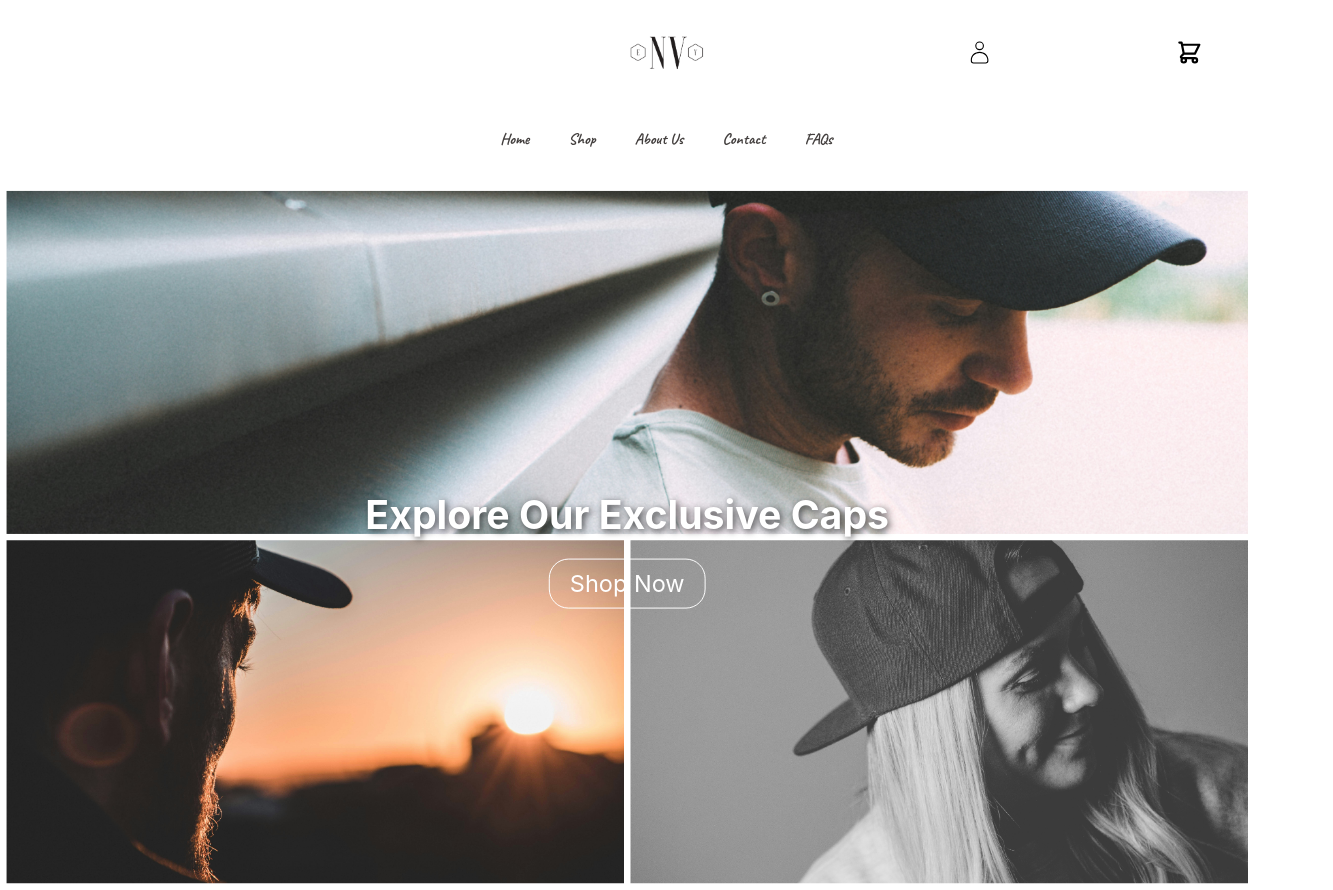
Repository: lasity34/new-envy
Page: / (app in my-new-envy/)
An editor plug-in stored every save of this project. The page is shown before and after the next save, followed by the edit.
The browser window is 1280 px wide. The page is 1360 px wide, so the pictures cover 1360 px, including what lies to the right of the window. The pictures show the whole page, at 98% of full size.
The project was rebuilt for these pictures with package versions that can differ from the ones it lists, and the page was loaded fresh each time.

Above is the page before, as saved 2024-04-22 11:19:00.

### my-new-envy/public/index.html
<!DOCTYPE html>
<html lang="en">
  <head>
    <meta charset="utf-8" />
    <link rel="icon" href="%PUBLIC_URL%/logo.png" />
    <meta name="viewport" content="width=device-width, initial-scale=1" />
    <meta name="theme-color" content="#000000" />
    <meta
      name="description"
      content="Web site created using create-react-app"
    />
    <link rel="apple-touch-icon" href="%PUBLIC_URL%/logo.png" />
    <!--
      manifest.json provides metadata used when your web app is installed on a
      user's mobile device or desktop. See https://developers.google.com/web/fundamentals/web-app-manifest/
    -->
    <link rel="manifest" href="%PUBLIC_URL%/manifest.json" />
    <!--
      Notice the use of %PUBLIC_URL% in the tags above.
      It will be replaced with the URL of the `public` folder during the build.
      Only files inside the `public` folder can be referenced from the HTML.

      Unlike "/favicon.ico" or "favicon.ico", "%PUBLIC_URL%/favicon.ico" will
      work correctly both with client-side routing and a non-root public URL.
      Learn how to configure a non-root public URL by running `npm run build`.
    -->
    <link rel="preconnect" href="https://fonts.googleapis.com">
<link rel="preconnect" href="https://fonts.gstatic.com" crossorigin>
<link href="https://fonts.googleapis.com/css2?family=Crimson+Text:ital,wght@0,400;0,600;0,700;1,400;1,600;1,700&display=swap" rel="stylesheet">
<link href="https://fonts.googleapis.com/css2?family=Caveat:wght@400..700&display=swap" rel="stylesheet">
    <title>Envy</title>
  </head>
  <body>
    <noscript>You need to enable JavaScript to run this app.</noscript>
    <div id="root"></div>
    <!--
      This HTML file is a template.
      If you open it directly in the browser, you will see an empty page.

      You can add webfonts, meta tags, or analytics to this file.
      The build step will place the bundled scripts into the <body> tag.

      To begin the development, run `npm start` or `yarn start`.
      To create a production bundle, use `npm run build` or `yarn build`.
    -->
  </body>
</html>

### my-new-envy/src/App.tsx

import { BrowserRouter as Router } from 'react-router-dom';
import Header from './components/Header';
import HeroBanner from './components/HeroBanner';

function App() {
  return (
    <Router>
      <div className="App">

          <Header />
          <HeroBanner />
      </div>
    </Router>
  );
}

export default App;

### my-new-envy/src/components/Header.tsx
import styled from "styled-components";
import { Link } from "react-router-dom";
import { CiUser } from "react-icons/ci";
import { HiOutlineShoppingCart } from "react-icons/hi";

const HeaderContainer = styled.header`
  font-family: "Caveat", cursive;
  color: black;
  padding: 20px 40px;
  display: flex;
  justify-content: space-between;
  flex-direction: column;
  align-items: center; // Ensure everything in the header is centered
  width: 100%;
  text-align: center; // Centers the text elements within flex items
`;

const BannerContainer = styled.div`
  display: flex;
  justify-content: space-between;
  align-items: center;
  width: 100%;
`;

const SearchContainer = styled.div`
  flex: 1;
  display: flex; // Makes sure the search container can align its children
  justify-content: center; // Centering the search bar or content inside the container
`;

const LogoContainer = styled.div`
  flex: 1;
  display: flex;
  justify-content: center; // Ensure logo is centered
  align-items: center;
`;

const AccountCartContainer = styled.div`
  flex: 1;
  display: flex;
  justify-content: center; // Ensure icons are centered
  align-items: center;
`;

const IconNavLinks = styled.ul`
  display: flex;
  justify-content: space-around; // This will ensure icons are evenly spaced
  align-items: center;
  list-style: none;
  padding: 0; // Removes padding
  width: 100%; // Ensure it uses the full width available in the container
`;

const IconNavLink = styled.li`
  margin: 0 10px; // Spacing between icons
  a {
    color: black;
    text-decoration: none;
    font-size: 1.7rem;
    display: inline-block;

    &:hover {
      color: #f1c40f; // Color change on hover
    }
  }
`;

const Nav = styled.nav`
  width: 100%;
  display: flex;
  justify-content: center; // Center navigation links horizontally
  align-items: center;
  margin-top: 20px; // Added margin for spacing between banner and nav
`;

const NavLinks = styled.ul`
  list-style: none;
  display: flex;
  justify-content: center; // Ensures links are centered within the navigation
  align-items: center;
  padding: 0;
  width: 100%; // Full width to center all items properly
`;

const NavLink = styled.li`
  margin: 0 20px;
  a {
    color: #433f3e;
    text-decoration: none;
    font-weight: bold;
    position: relative;

    &::after {
      content: '';
      position: absolute;
      bottom: -5px;
      left: 50%;
      width: 0;
      height: 2px;
      background-color: black;
      transition: width 0.5s ease, left 0.5s ease;
      transform: translateX(-50%);
    }

    &:hover::after {
      width: 100%;
      transform: translateX(-50%);
    }
  }
`;

const CapImage = styled.img`
  width: 100px; // Adjust as needed
`;

const Header = () => {
  return (
    <HeaderContainer>
      <BannerContainer>
        <SearchContainer></SearchContainer>
        <LogoContainer>
          <Link to="/">
            <CapImage src="images/logo.png" alt="Queue Caps Logo" />
          </Link>
        </LogoContainer>
        <AccountCartContainer>
          <IconNavLinks>
            <IconNavLink>
              <Link to="/account">
                <CiUser />
              </Link>
            </IconNavLink>
            <IconNavLink>
              <Link to="/cart">
                <HiOutlineShoppingCart />
              </Link>
            </IconNavLink>
          </IconNavLinks>
        </AccountCartContainer>
      </BannerContainer>
      <Nav>
        <NavLinks>
          <NavLink><Link to="/">Home</Link></NavLink>
          <NavLink><Link to="/shop">Shop</Link></NavLink>
          <NavLink><Link to="/about">About Us</Link></NavLink>
          <NavLink><Link to="/contact">Contact</Link></NavLink>
          <NavLink><Link to="/faq">FAQs</Link></NavLink>
        </NavLinks>
      </Nav>
    </HeaderContainer>
  );
};

export default Header;

### my-new-envy/src/components/HeroBanner.tsx
import styled from 'styled-components';
import { Link } from 'react-router-dom';

const BannerContainer = styled.div`
  width: 100vw; // Ensures it takes the full viewport width
  height: 100vh; // Sets the height to full viewport height
  background-image: url('images/hero-background.png'); // Background image for the banner
  background-size: cover; // Ensures the background covers the entire area
  background-repeat: no-repeat; // No repetition of the background image
  background-position: center center; // Centers the background image
  display: flex;
  justify-content: center;
  align-items: center;
  flex-direction: column;
  text-align: center;
  color: white;
  position: relative; // Ensures proper positioning
`;

const Tagline = styled.h1`
  font-size: 2.5rem; // Large font size for main tagline
  margin-bottom: 20px; // Margin below the tagline
  text-shadow: 2px 2px 8px rgba(0,0,0,0.7); // Text shadow for better legibility
`;

const ShopButton = styled(Link)`
  padding: 10px 20px; // Padding for button size
  color: white; // Text color
  font-size: 1.5rem; // Font size for the text on the button
  font-weight: normal; // Normal font weight for thinner text appearance
  background-color: transparent; // Transparent background
  border: 1px solid white; // Thin white border
  border-radius: 20px; // Rounded corners for the button
  text-decoration: none; // No text decoration
  transition: background-color 0.3s, color 0.3s; // Smooth transition for hover effects

  &:hover {
    background-color: white;
    color: black; // Text color changes on hover
  }
`;

const HeroBanner = () => {
  return (
    <BannerContainer>
      <Tagline>Explore Our Exclusive Caps</Tagline>
      <ShopButton to="/shop">Shop Now</ShopButton>
    </BannerContainer>
  );
};

export default HeroBanner;

Loaded but not shown: my-new-envy/src/index.tsx (common file); my-new-envy/src/index.css (common file); my-new-envy/src/reportWebVitals.ts (common file)

After the next save:
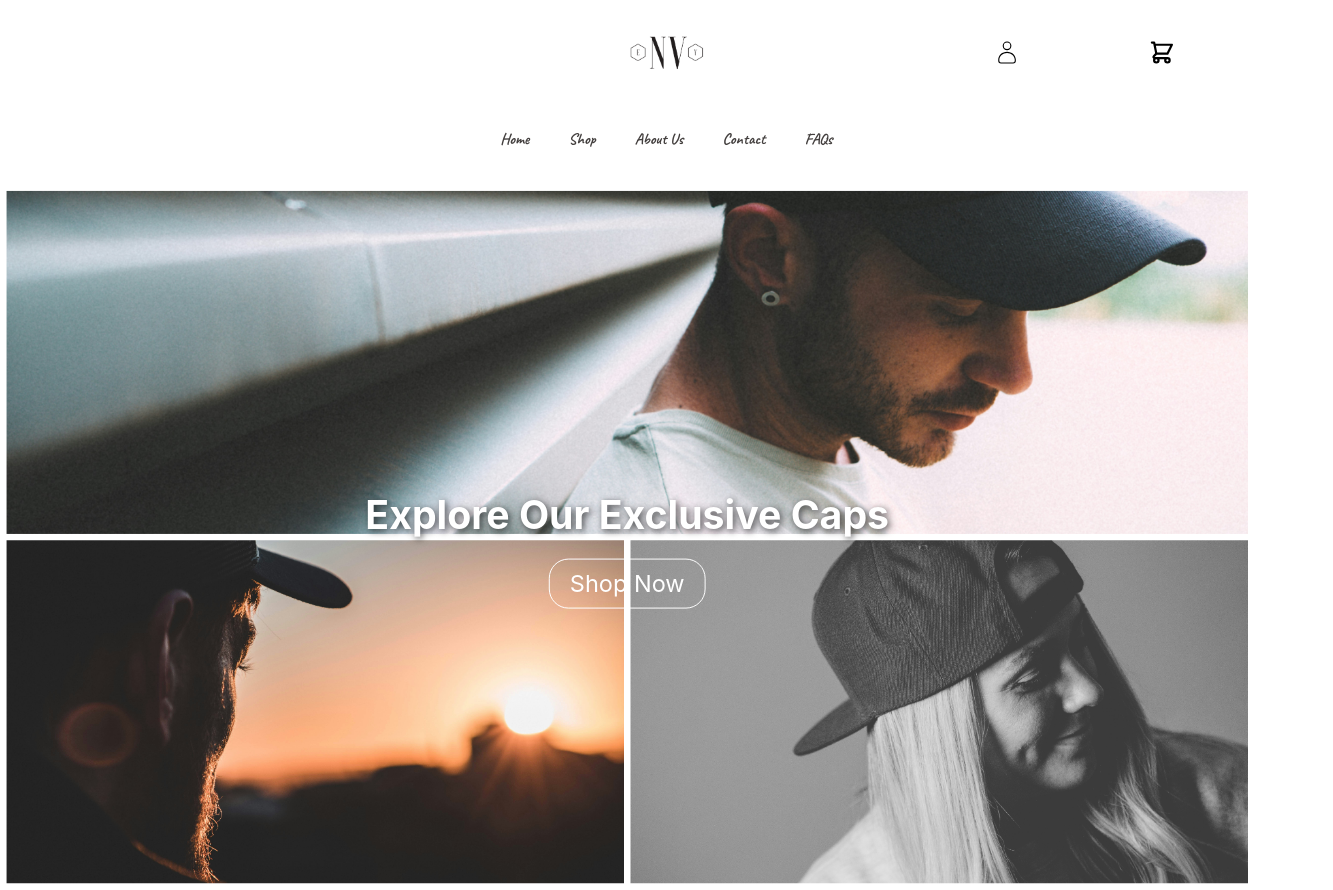
Saved 81 s later.
--- a/my-new-envy/src/components/Header.tsx
+++ b/my-new-envy/src/components/Header.tsx
@@ -44,7 +44,7 @@ const AccountCartContainer = styled.div`
 
 const IconNavLinks = styled.ul`
   display: flex;
-  justify-content: space-around; // This will ensure icons are evenly spaced
+  justify-content: space-evenly; // This will ensure icons are evenly spaced
   align-items: center;
   list-style: none;
   padding: 0; // Removes padding
